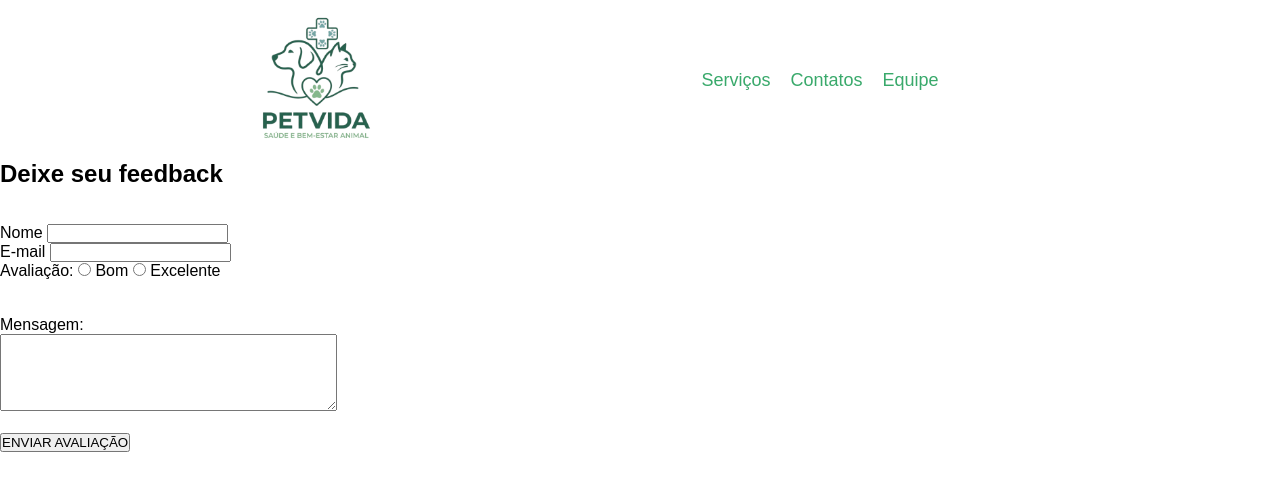
Repository: antonymsantana-design/Veterinario
Page: contatos.html
An editor plug-in stored every save of this project. The page is shown before and after the next save, followed by the edit.
The browser window is 1280 px wide. The pictures show the whole page.

Above is the page before, as saved 2026-10-03 18:38:32.

### contatos.html
<!doctype html>
<html lang="pt-br">

<head>
    <meta charset="UTF-8" />
    <meta name="viewport" content="width=device-width, initial-scale=1.0" />
    <title>Cebola Hair</title>
    <link rel="stylesheet" href="style.css" />
    <script src="script3.js" defer></script>
</head>
<header>
    <div class="conteudoH" id="conteudoH">
        <div class="imagem" id="imagem">
            <img src="image/logo.png" alt="logo" class="logoIMG" id="logoIMG" />
        </div>
        <div class="direitaH">
            <div class="links" id="links">
                <a href="serviços.html" class="aLinks" id="servA">Serviços</a>
                <a href="CONTATOS.HTML" class="aLinks" id="contatosA">Contatos</a>
                <a href="Team.html" class="aLinks" id="contatosA">Equipe</a>
            </div>
        </div>
    </div>
</header>

<body>

</body>


</html>

### style.css
* {
    padding: 0px;
    margin: 0px;
    font-family: Arial, Helvetica, sans-serif;
}

header {
    background-color: #FFFFFF;
    height: 160px;
    display: flex;
    justify-content: center;
    align-items: center;
}

.conteudoH {
    display: flex;
    justify-content: center;
    align-items: center;
    gap: 300px;
}

.imagem {
    margin-left: 20px;
    margin-top: 5px;
    display: flex;
    justify-content: center;
    align-items: center;
    gap: 30px;
    font-weight: 600;
    font-size: 22px;
}

.logoIMG {
    width: 170px;
    margin-bottom: 10px;
    cursor: pointer;
}

.logoH {
    color: white;

}

.links {
    display: flex;
    gap: 20px;
    justify-content: center;
    padding-right: 130px;
    font-size: 18px;
}

.links a {
    text-decoration: none;
    color: #39A96B;
    transition: 0.5s ease;
}

.aLinks:hover {
    transform: translateY(-5px);
    box-shadow: 0 4px 10px rgba(0, 0, 0, 0.15);
    background-color: #39A96B;
    color: #F5F5F5;
    border-radius: 5px;
    width: 120px;
    height: 30px;
    display: flex;
    justify-content: center;
    align-items: center;
}

.btnDiv {
    display: flex;
}

.btn {
    display: flex;
    justify-content: center;
    width: 140px;
    height: 50px;
    background-color: #22C55E;
    border: none;
    color: white;
    align-items: center;
    border-radius: 8px;
    transition: 0.3s ease;
    cursor: pointer;
    font-size: 14px;
}

.btn:hover {
    transform: translateY(-5px);
    box-shadow: 0 8px 15px rgba(0, 0, 0, 0.4);
}

.direitaH {
    display: flex;
    justify-content: center;
    align-items: center;
}

.conteudo {
    background-image: url(image/Cuidando\ de\ Quem\ Amamos.png);
    background-repeat: no-repeat;
    background-size: cover;
    background-position: center;
    height: 80vh;
    color: white;
}

.card {
    background-color: #FDEEC7;
    width: 270px;
    height: 220px;
    display: flex;
    flex-direction: column;
    justify-content: center;
    align-items: center;
    border-radius: 5px;
}

.cards {
    display: flex;
    justify-content: center;
    gap: 40px;
    padding-top: 20px;
    padding-bottom: 20px;
}

.card h4 {
    color: #22C55E;
}

.icone {
    width: 120px;
    height: 120px;
    padding-bottom: 10px;
}

.Our {
    padding-top: 15px;
    text-align: center;
    padding-bottom: 10px;
}

hr {
    color: #22C55E;
    text-align: center;
    margin-left: 920px;
    margin-right: 920px;
}

.agendar {
    display: flex;
    justify-content: space-around;
    align-items: center;
    padding-bottom: 20px;
}

.form {
    background-color: #ECF2F7;
    width: 600px;
    height: 300px;
    border-radius: 7px;
    display: flex;
    justify-content: center;
    flex-direction: column;
}

.formCima {
    padding-top: 20px;
    display: flex;
    justify-content: center;
    align-items: center;
    flex-direction: column;
}

.quadrado {
    display: grid;
    justify-content: center;
    grid-template-columns: repeat(2, 200px);
    gap: 30px;
    column-gap: 70px;
    margin-right: 40px;
}

.esq {
    font-size: 25px;
}

footer {
    display: flex;
    justify-content: center;
    align-items: center;
    flex-direction: column;
    background-color: #FFFFFF;
    color: #39A96B;
    border-top: 1px solid #39A96B;
}

.AbH2 {
    padding-left: 20px;
    padding-right: 20px;
    padding-bottom: 10px;
    padding-top: 10px;
    text-align: center;
}

.AbH3 {
    padding-left: 20px;
    padding-right: 20px;
    padding-bottom: 10px;
    padding-top: 10px;
    text-align: center;
    margin-left: 425px;
    margin-right: 425px;
}

.topc {
    display: flex;
    justify-content: center;
    align-items: center;
    flex-direction: column;
    text-align: center;
    max-width: 350px;
}

.topics {
    display: flex;
    justify-content: center;
    gap: 100px;
    padding-bottom: 25px;
}

.topcIMG {
    width: 290px;
    height: 260px;
    border-radius: 25px;
    cursor: pointer;
    padding-bottom: 10px;
    padding-top: 10px;
}

.topcH {
    padding-bottom: 10px;
}

.cimaF {
    display: flex;
    justify-content: center;
    gap: 450px;
    align-items: center;
    margin-bottom: 4px;
}

.logoIMGF {
    width: 140px;
    cursor: pointer;
}

.esquerda {
    display: flex;
    flex-direction: column;
    gap: 5px;
}

.formu {
    width: 240px;
    height: 30px;
    border-radius: 5px;
    border: none;
}

.forms {
    width: 500px;
    height: 30px;
    border-radius: 5px;
    border: none;
}

.agendarbtn {
    display: flex;
    justify-content: center;
    align-items: center;
    width: 512px;
    height: 40px;
    background-color: #22C55E;
    border: none;
    color: white;
    border-radius: 8px;
    transition: 0.3s ease;
    cursor: pointer;
    margin-top: 15px;
}

.agendarbtn:hover {
    transform: translateY(-5px);
}

.btnAgendar {
    display: flex;
    justify-content: center;
    align-items: center;
}

/*pagina de serviços*/

.primeiro{
    background-color: #F0F9F4;
    width: 300px;
    padding-bottom: 13px;
    margin-left: 20px;
    text-align: center;
    padding-top: 13px;
    flex-wrap: wrap;
    border-radius: 15px;
}

.cards{
    display: grid;
    justify-content: center;
    grid-template-columns: repeat(3, 400px);
    gap: 50px;
    padding-bottom: 15px;

}
.cards .primeiro img{
    width: 250px;
    height: 250px;
    border-radius: 15px;
}
h1{
    text-align: center;
    margin-top: 20px;
    margin-bottom: 20px;
}
.texto{

    color: #3C2415;
}
.preco{
    color: #e4c8a4;
}


/* celular */

@media (max-width: 768px) {

    /* header */
    header {
        height: auto;
        padding: 10px 0;
    }

    .conteudoH {
        flex-direction: column;
        padding-right: 0;
        gap: 15px;
    }

    .imagem {
        margin-left: 0;
        margin-top: 0;
        gap: 10px;
    }

    .logoIMG {
        width: 80px;
        height: 80px;
    }

    .logoH {
        font-size: 20px;
    }

    .direitaH {
        flex-direction: column;
        gap: 15px;
    }

    .links {
        padding-right: 0;
        font-size: 16px;
    }


    .conteudo {
        height: 400px;
    }

    .texto {
        padding-left: 25px;
        padding-right: 25px;
        height: 400px;
        font-size: 25px;
    }

    .texto small {
        font-size: 14px;
    }


    .Our {
        font-size: 25px;
    }

    hr {
        margin-left: 30%;
        margin-right: 30%;
    }

    .cards {
        flex-direction: column;
        align-items: center;
        gap: 20px;
    }

    .card {
        width: 80%;
        max-width: 270px;
    }


    .agendar {
        flex-direction: column;
        gap: 30px;
        padding: 30px 20px;
    }

    .esq {
        font-size: 18px;
        text-align: center;
    }

    .esq h1 {
        font-size: 28px;
    }

    .esq p {
        font-size: 15px;
    }

    .form {
        width: 100%;
        max-width: 600px;
        height: auto;
        padding: 20px 0;
    }

    .forms {
        width: 80%;
    }

    .quadrado {
        grid-template-columns: 1fr;
        gap: 15px;
        margin-right: 0;
    }

    .formu {
        width: 80%;
    }

    .quadrado>div {
        width: 100%;
        text-align: center;
    }

    .quadrado label {
        display: block;
        margin-bottom: 5px;
    }

    .agendarbtn {
        width: 80%;
    }


    footer {
        flex-direction: column;
        gap: 20px;
        padding: 20px;
        text-align: center;
    }

    .esquerda {
        align-items: center;
    }
}

### script3.js
const body = document.querySelector("body");
const header = document.querySelector("header");
const footer = document.querySelector("footer");


body.innerHTML = `<header>
    <div class="conteudoH" id="conteudoH">
        <div class="imagem" id="imagem">
            <img src="image/logo.png" alt="logo" class="logoIMG" id="logoIMG" />
        </div>
        <div class="direitaH">
            <div class="links" id="links">
                <a href="serviços.html" class="aLinks" id="servA">Serviços</a>
                <a href="CONTATOS.HTML" class="aLinks" id="contatosA">Contatos</a>
                <a href="Team.html" class="aLinks" id="contatosA">Equipe</a>
            </div>
        </div>
    </div>
</header>

<div class="conteudu" id="conteudu">

        <h2>Deixe seu feedback</h2>
        <br>

        <div class="formu" id="formu">
            <br>

            <form action="https://formsubmit.co/antony.m.santana@aluno.senai.br" method="POST">

                <input type="hidden" name="_subject" value="Nova mensagem do site">
                <input type="hidden" name="_template" value="table">

                <div class="nome">
                    <label for="nome">Nome</label>
                    <input type="text" name="nome" id="nome" required>
                </div>



                <div class="email">
                    <label for="Email">E-mail</label>
                    <input type="email" name="Email" id="Email" required>
                </div>



                <div class="avaliacao">
                    <label>Avaliação:</label>

                    <input type="radio" name="avaliacao" id="bom" value="Bom">
                    <label for="bom">Bom</label>

                    <input type="radio" name="avaliacao" id="excelente" value="Excelente">
                    <label for="excelente">Excelente</label>

                </div>
                <br><br>

                <label for="mensagem">Mensagem:</label>
                <br>
                <textarea name="mensagem" id="mensagem" rows="5" cols="40"></textarea>

                <br><br>

                <input type="hidden" name="_next" value="http://127.0.0.1:5500/sucsses.html">

                <button type="submit" class="buto" onClick="form()">ENVIAR AVALIAÇÃO</button>
            </form>
        </div>
    </div>
    `

;

After the next save:
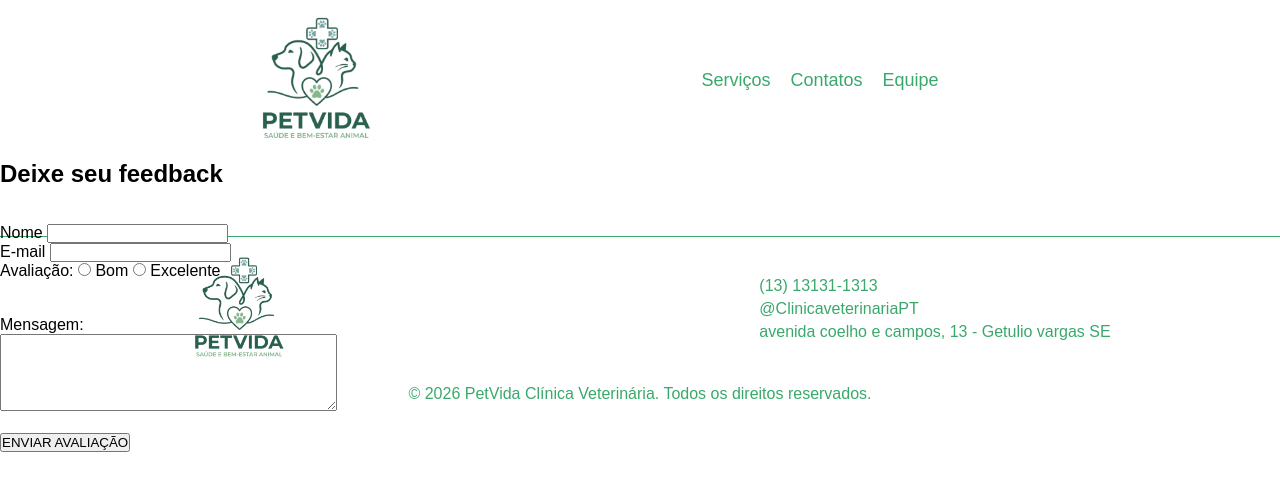
Saved 2 s later.
--- a/script3.js
+++ b/script3.js
@@ -69,6 +69,21 @@ body.innerHTML = `<header>
             </form>
         </div>
     </div>
-    `
+    <footer id="footer">
+    <div class="cimaF">
+        <div class="direita">
+            <img src="image/logo.png" alt="logo" class="logoIMGF" id="logoIMG" />
+        </div>
+
+        <div class="esquerda">
+            <p>(13) 13131-1313</p>
+            <p>@ClinicaveterinariaPT</p>
+            <p>avenida coelho e campos, 13 - Getulio vargas SE</p>
+        </div>
+    </div>
+    <div class="baixoF">
+        <p>© 2026 PetVida Clínica Veterinária. Todos os direitos reservados.</p>
+    </div>
+</footer>`
 
 ;
